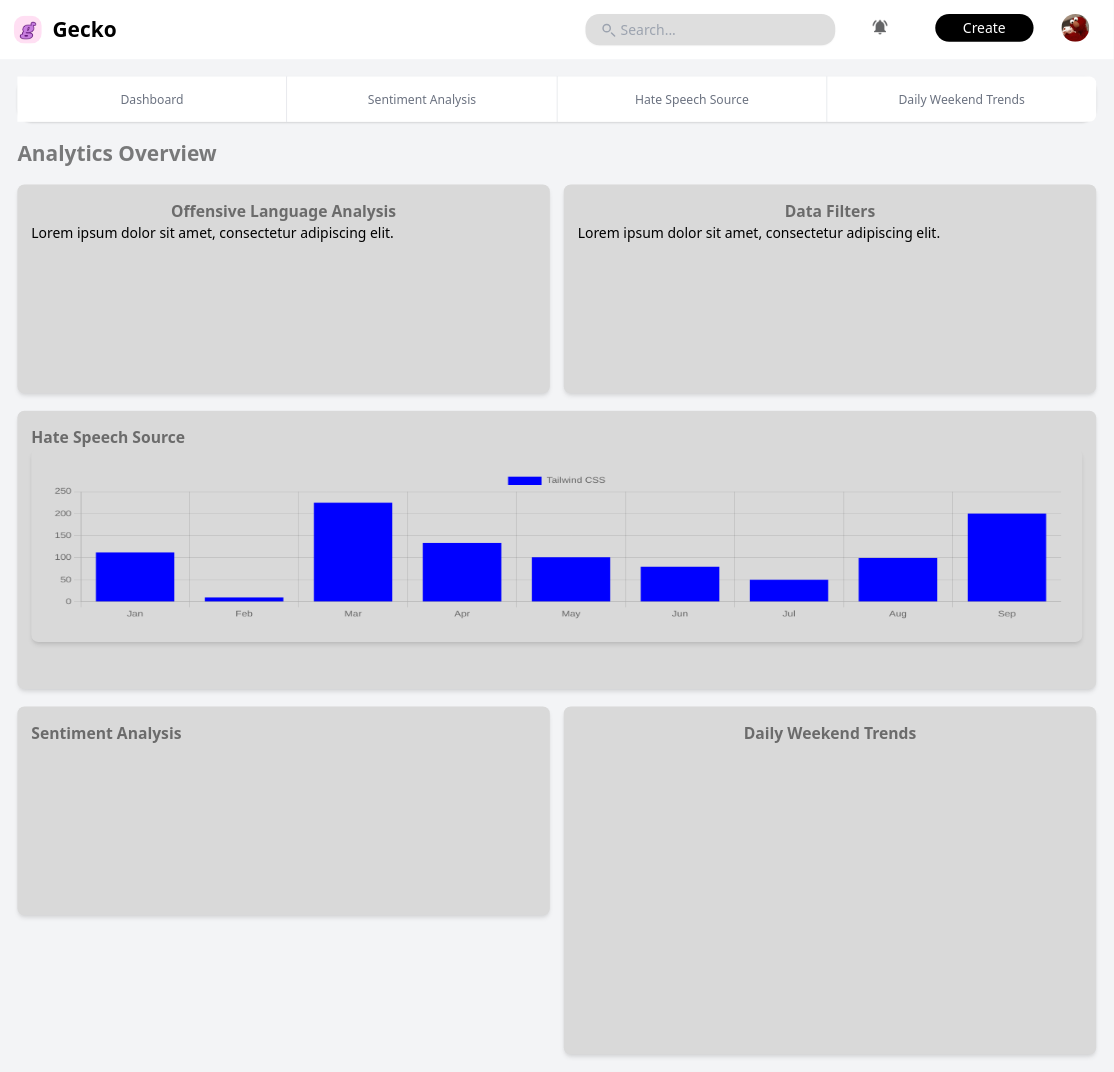
Repository: theamgri/thesis-website-nextjs
Page: website.html
An editor plug-in stored every save of this project. The page is shown before and after the next save, followed by the edit.
The browser window is 1280 px wide. The pictures show the whole page, at 87% of full size.

Above is the page before, as saved 2023-10-04 05:54:46.
Console error: ReferenceError: labels is not defined

### website.html
<!DOCTYPE html>
<html lang="en">
<head>
    <meta charset="UTF-8">
    <meta name="viewport" content="width=device-width, initial-scale=1.0">
    <title>Gecko</title>
    <link rel="icon" type="image/x-icon" href="/images/icon.png">
    <link href="https://cdn.jsdelivr.net/npm/tailwindcss@2.2.19/dist/tailwind.min.css" rel="stylesheet">


</head>
<body class="bg-gray-100">

<nav class="bg-white drop-shadow-2xl border-gray-200 dark:bg-gray-900">
    <div class="flex flex-wrap items-center justify-between mx-auto p-4">
      <a href="." class="flex items-center">
          <img src="images/icon.png" class="h-8 mr-3 rounded-xl" alt="Logo" />
          <span class="self-center text-2xl font-semibold whitespace-nowrap dark:text-white">Gecko</span>
      </a>
      <button data-collapse-toggle="navbar-default" type="button" class="inline-flex items-center p-2 w-10 h-10 justify-center text-sm text-gray-500 rounded-lg md:hidden hover:bg-gray-100 focus:outline-none focus:ring-2 focus:ring-gray-200 dark:text-gray-400 dark:hover:bg-gray-700 dark:focus:ring-gray-600" aria-controls="navbar-default" aria-expanded="false">
          <span class="sr-only">Open main menu</span>
          <svg class="w-5 h-5" aria-hidden="true" xmlns="http://www.w3.org/2000/svg" fill="none" viewBox="0 0 17 14">
              <path stroke="currentColor" stroke-linecap="round" stroke-linejoin="round" stroke-width="2" d="M1 1h15M1 7h15M1 13h15"/>
          </svg>
      </button>
      <div class="hidden w-full md:block md:w-auto drop-shadow-2xl" id="navbar-default">
        <ul class="font-medium flex flex-col p-4 md:p-0 mt-4 border border-gray-100 rounded-lg bg-gray-50 md:flex-row md:space-x-8 md:mt-0 md:border-0 md:bg-white dark:bg-gray-800 md:dark:bg-gray-900 dark:border-gray-700">
            <li>
                <div class="relative">
                    <input
                        type="text"
                        placeholder="Search..."
                        class="block w-full py-2 pl-10 pr-4 leading-5 rounded-2xl shadow-sm focus:ring focus:ring-blue-200 border-gray-300" style="background-color: #DEDEDE;"
                    />
                    <div class="absolute inset-y-0 left-0 pl-4 flex items-center pointer-events-none">
                        <svg
                            class="w-5 h-5 text-gray-400"
                            fill="none"
                            stroke="currentColor"
                            viewBox="0 0 24 24"
                            xmlns="http://www.w3.org/2000/svg"
                        >
                            <path
                                stroke-linecap="round"
                                stroke-linejoin="round"
                                stroke-width="2"
                                d="M21 21l-4.35-4.35"
                            />
                            <path
                                stroke-linecap="round"
                                stroke-linejoin="round"
                                stroke-width="2"
                                d="M15 10a5 5 0 11-10 0 5 5 0 0110 0z"
                            />
                        </svg>
                    </div>
                </div>

              </li>
            <li>
              <img src="images/bellbutton.png" class="h-8 mr-3 rounded-xl" alt="Notification Bell" />
          </li>
          <li>
            <button class="bg-black drop-shadow-2xl hover:bg-blue-700 text-white font-normal py-1 px-8 rounded-full">
              Create
            </button>
          </li>
          <li>
            <a href="your-link-here">
                <img src="images/user.jpg" class="h-8 mr-3 rounded-full" alt="Notification Bell" />
            </a>
        </li>


        </ul>
      </div>
    </div>
  </nav>
<!-- //SIDE NAVBAR -->


<div class="sm:hidden">
  <label for="tabs" class="sr-only">Select your country</label>
  <select id="tabs" class="bg-gray-50 border border-gray-300 text-gray-900 text-sm rounded-lg focus:ring-blue-500 focus:border-blue-500 block w-full p-2.5 dark:bg-gray-700 dark:border-gray-600 dark:placeholder-gray-400 dark:text-white dark:focus:ring-blue-500 dark:focus:border-blue-500">
      <option>Profile</option>
      <option>Canada</option>
      <option>France</option>
      <option>Germany</option>
  </select>
</div>
<ul class="m-5 rounded-2xl drop-shadow-xl hidden text-sm font-medium text-center text-gray-500 divide-x divide-gray-200 rounded-lg shadow sm:flex dark:divide-gray-700 dark:text-gray-400">
  <li class="w-full">
      <a href="#" class="inline-block w-full p-4 bg-white hover:text-gray-700 hover:bg-gray-50 focus:ring-4 focus:ring-blue-300 focus:outline-none dark:hover:text-white dark:bg-gray-800 dark:hover:bg-gray-700" aria-current="page">Dashboard</a>
  </li>
  <li class="w-full">
      <a href="#" class="inline-block w-full p-4 bg-white hover:text-gray-700 hover:bg-gray-50 focus:ring-4 focus:ring-blue-300 focus:outline-none dark:hover:text-white dark:bg-gray-800 dark:hover:bg-gray-700">Sentiment Analysis</a>
  </li>
  <li class="w-full">
      <a href="#" class="inline-block w-full p-4 bg-white hover:text-gray-700 hover:bg-gray-50 focus:ring-4 focus:ring-blue-300 focus:outline-none dark:hover:text-white dark:bg-gray-800 dark:hover:bg-gray-700">Hate Speech Source</a>
  </li>
  <li class="w-full">
      <a href="#" class="inline-block w-full p-4 bg-white rounded-r-lg hover:text-gray-700 hover:bg-gray-50 focus:ring-4 focus:outline-none focus:ring-blue-300 dark:hover:text-white dark:bg-gray-800 dark:hover:bg-gray-700">Daily Weekend Trends</a>
  </li>

</ul>



  <!-- <div class="mx-auto w-3/5 overflow-hidden">
    <canvas
      data-te-chart="bar"
      data-te-dataset-label="Traffic"
      data-te-labels="['Monday', 'Tuesday' , 'Wednesday' , 'Thursday' , 'Friday' , 'Saturday' , 'Sunday ']"
      data-te-dataset-data="[2112, 2343, 2545, 3423, 2365, 1985, 987]">
    </canvas>
  </div> -->

  <div class="ml-5 text-left font-bold text-2xl opacity-50">
    <h1>Analytics Overview</h1>
  </div>


  <div class="container mx-auto mt-0">
    <div class="m-5 grid grid-cols-1 md:grid-cols-2 lg:grid-cols-2 xl:grid-cols-2 gap-4">
        <!-- Container 1 -->
        <div class="bg-white p-4 rounded-lg shadow-md" style="background-color: #D9D9D9; height: 15rem;">
            <h2 class="text-lg text-center opacity-50 font-semibold" >Offensive Language Analysis</h2>
            <p>Lorem ipsum dolor sit amet, consectetur adipiscing elit.</p>
        </div>

        <!-- Container 2 -->
        <div class="bg-white p-4 rounded-lg shadow-md"  style="background-color: #D9D9D9; height: 15rem;">
            <h2 class="text-lg text-center opacity-50 font-semibold">Data Filters</h2>
            <p>Lorem ipsum dolor sit amet, consectetur adipiscing elit.</p>
        </div>
    </div>
    <div class="m-5 grid grid-cols-1 md:grid-cols-1 lg:grid-cols-1 xl:grid-cols-1 gap-4 mt-4">
      <!-- Container 3 -->
      <div class="bg-white p-4 rounded-lg shadow-md" style="background-color: #D9D9D9; height: 20rem;">
          <h2 class="text-lg opacity-50 font-semibold">Hate Speech Source</h2>

          <div class="overflow-hidden rounded-lg shadow-md" style="max-height: 100%;">
              <!-- Set max-height to ensure the chart fits within the container -->
              <canvas class="p-6" id="barChart" style="max-height: 100%;"></canvas>
          </div>
      </div>
      <script src="https://cdnjs.cloudflare.com/ajax/libs/Chart.js/3.9.1/chart.min.js"
          integrity="sha512-ElRFoEQdI5Ht6kZvyzXhYG9NqjtkmlkfYk0wr6wHxU9JEHakS7UJZNeml5ALk+8IKlU6jDgMabC3vkumRokgJA=="
          crossorigin="anonymous" referrerpolicy="no-referrer"></script>
      <script>
          const labels1 = ['Jan', 'Feb', 'Mar', 'Apr', 'May', 'Jun', 'Jul', 'Aug', 'Sep'];
          const data1 = {
              labels: labels,
              datasets: [
                  {
                      label: "Tailwind CSS",
                      backgroundColor: "blue",
                      borderColor: 'rgb(0, 0, 0)',
                      data: [112, 10, 225, 134, 101, 80, 50, 100, 200],
                      fill: false,
                  },
              ],
          };

          const configChart1 = {
              type: "bar",
              data,
              options: {
                  maintainAspectRatio: false, // Disable maintaining the aspect ratio
              },
          };

          var chartLine = new Chart(
              document.getElementById("barChart"),
              configChart
          );
      </script>
  </div>


    <div class="m-5 grid grid-cols-1 md:grid-cols-2 lg:grid-cols-2 xl:grid-cols-2 gap-4 mt-4">
    <!-- Container 4 -->
    <div class="bg-white p-4 rounded-lg shadow-md" style="background-color: #D9D9D9; height: 15rem;">
        <h2 class="text-lg tex-center opacity-50 font-semibold">Sentiment Analysis</h2>

    </div>

    <!-- Container 5 -->
    <div class="bg-white p-4 rounded-lg shadow-md" style="background-color: #D9D9D9; height: 25rem;">
        <h2 class="text-lg text-center opacity-50 font-semibold">Daily Weekend Trends</h2>

            <canvas class="p-6" id="barChart"></canvas>


    </div>
    <script src="https://cdnjs.cloudflare.com/ajax/libs/Chart.js/3.9.1/chart.min.js"
        integrity="sha512-ElRFoEQdI5Ht6kZvyzXhYG9NqjtkmlkfYk0wr6wHxU9JEHakS7UJZNeml5ALk+8IKlU6jDgMabC3vkumRokgJA=="
        crossorigin="anonymous" referrerpolicy="no-referrer"></script>
    <script>
        const labels = ['Jan', 'Feb', 'Mar', 'Apr', 'May', 'Jun', 'Jul', 'Aug', 'Sep'];
        const data = {
            labels: labels,
            datasets: [
                {
                    label: "Tailwind CSS",
                    backgroundColor: "blue",
                    borderColor: 'rgb(0, 0, 0)',
                    data: [112, 10, 225, 134, 101, 80, 50, 100, 200],
                    fill: false,
                },
            ],
        };

        const configChart = {
            type: "bar",
            data,
            options: {},
        };

        var chartLine = new Chart(
            document.getElementById("barChart"),
            configChart
        );
    </script>
</div>


<!-- Analytics Overview -->

<!-- <div class="shadow-lg rounded-lg overflow-hidden">
  <div class="py-3 px-5 bg-gray-50">Pie chart</div>
  <canvas class="p-1 ml-40 mr-40" id="chartPie"></canvas>
</div>

Required chart.js
<script src="https://cdn.jsdelivr.net/npm/chart.js"></script>

Chart pie
<script>
  const dataPie = {
    labels: ["JavaScript", "Python", "Ruby"],
    datasets: [
      {
        label: "My First Dataset",
        data: [300, 50, 100],
        backgroundColor: [
          "rgb(133, 105, 241)",
          "rgb(164, 101, 241)",
          "rgb(101, 143, 241)",
        ],
        hoverOffset: 4,
      },
    ],
  };

  const configPie = {
    type: "pie",
    data: dataPie,
    options: {},
  };

  var chartBar = new Chart(document.getElementById("chartPie"), configPie);
</script>
   -->
</body>
</html>

After the next save:
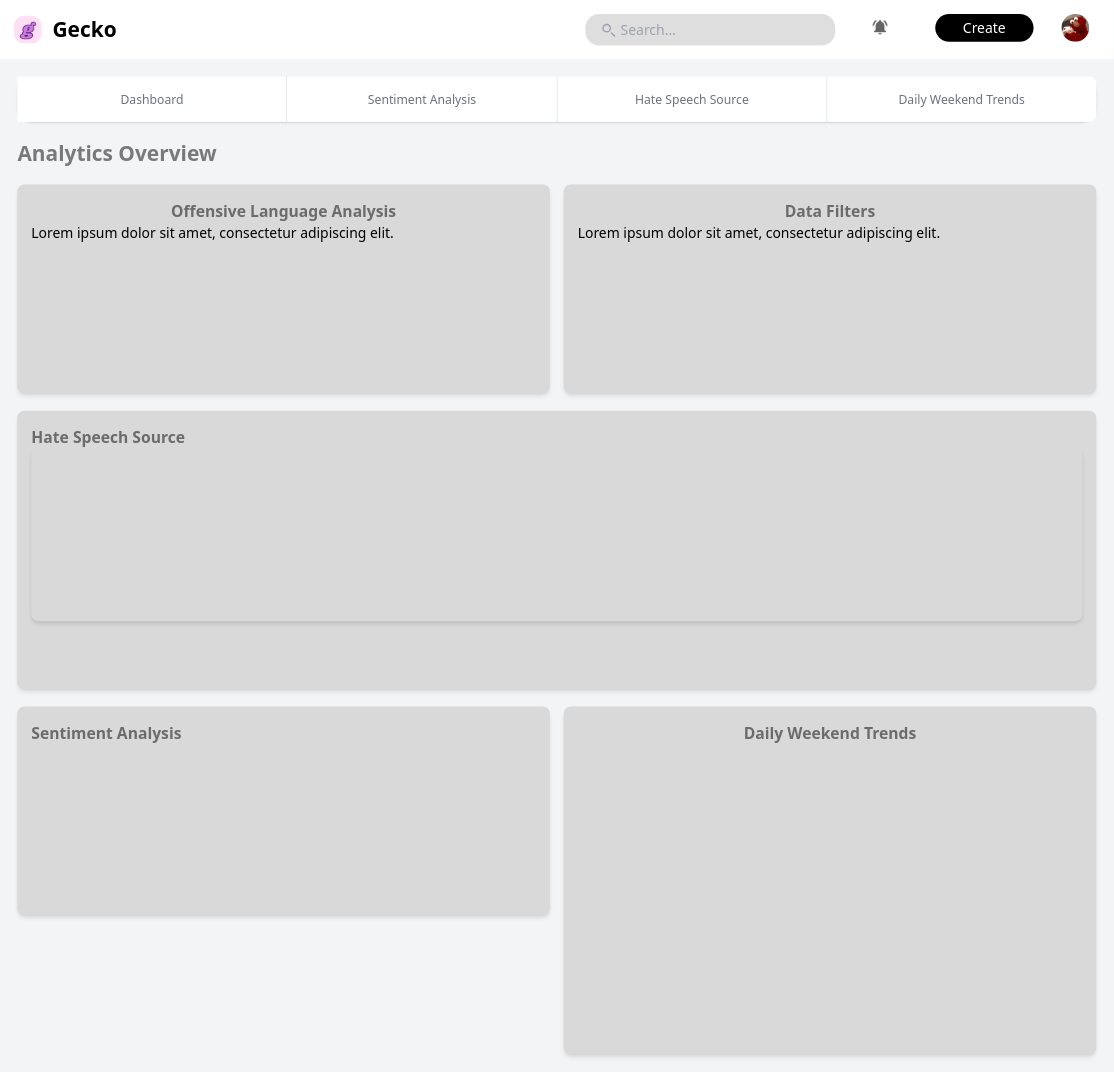
Console error: ReferenceError: configChart is not defined
Saved 22 s later.
--- a/website.html
+++ b/website.html
@@ -148,8 +148,8 @@
           integrity="sha512-ElRFoEQdI5Ht6kZvyzXhYG9NqjtkmlkfYk0wr6wHxU9JEHakS7UJZNeml5ALk+8IKlU6jDgMabC3vkumRokgJA=="
           crossorigin="anonymous" referrerpolicy="no-referrer"></script>
       <script>
-          const labels1 = ['Jan', 'Feb', 'Mar', 'Apr', 'May', 'Jun', 'Jul', 'Aug', 'Sep'];
-          const data1 = {
+          const labels = ['Jan', 'Feb', 'Mar', 'Apr', 'May', 'Jun', 'Jul', 'Aug', 'Sep'];
+          const data = {
               labels: labels,
               datasets: [
                   {
@@ -193,35 +193,8 @@
 
 
     </div>
-    <script src="https://cdnjs.cloudflare.com/ajax/libs/Chart.js/3.9.1/chart.min.js"
-        integrity="sha512-ElRFoEQdI5Ht6kZvyzXhYG9NqjtkmlkfYk0wr6wHxU9JEHakS7UJZNeml5ALk+8IKlU6jDgMabC3vkumRokgJA=="
-        crossorigin="anonymous" referrerpolicy="no-referrer"></script>
-    <script>
-        const labels = ['Jan', 'Feb', 'Mar', 'Apr', 'May', 'Jun', 'Jul', 'Aug', 'Sep'];
-        const data = {
-            labels: labels,
-            datasets: [
-                {
-                    label: "Tailwind CSS",
-                    backgroundColor: "blue",
-                    borderColor: 'rgb(0, 0, 0)',
-                    data: [112, 10, 225, 134, 101, 80, 50, 100, 200],
-                    fill: false,
-                },
-            ],
-        };
-
-        const configChart = {
-            type: "bar",
-            data,
-            options: {},
-        };
-
-        var chartLine = new Chart(
-            document.getElementById("barChart"),
-            configChart
-        );
-    </script>
+
+
 </div>
 
 

After the save that followed:
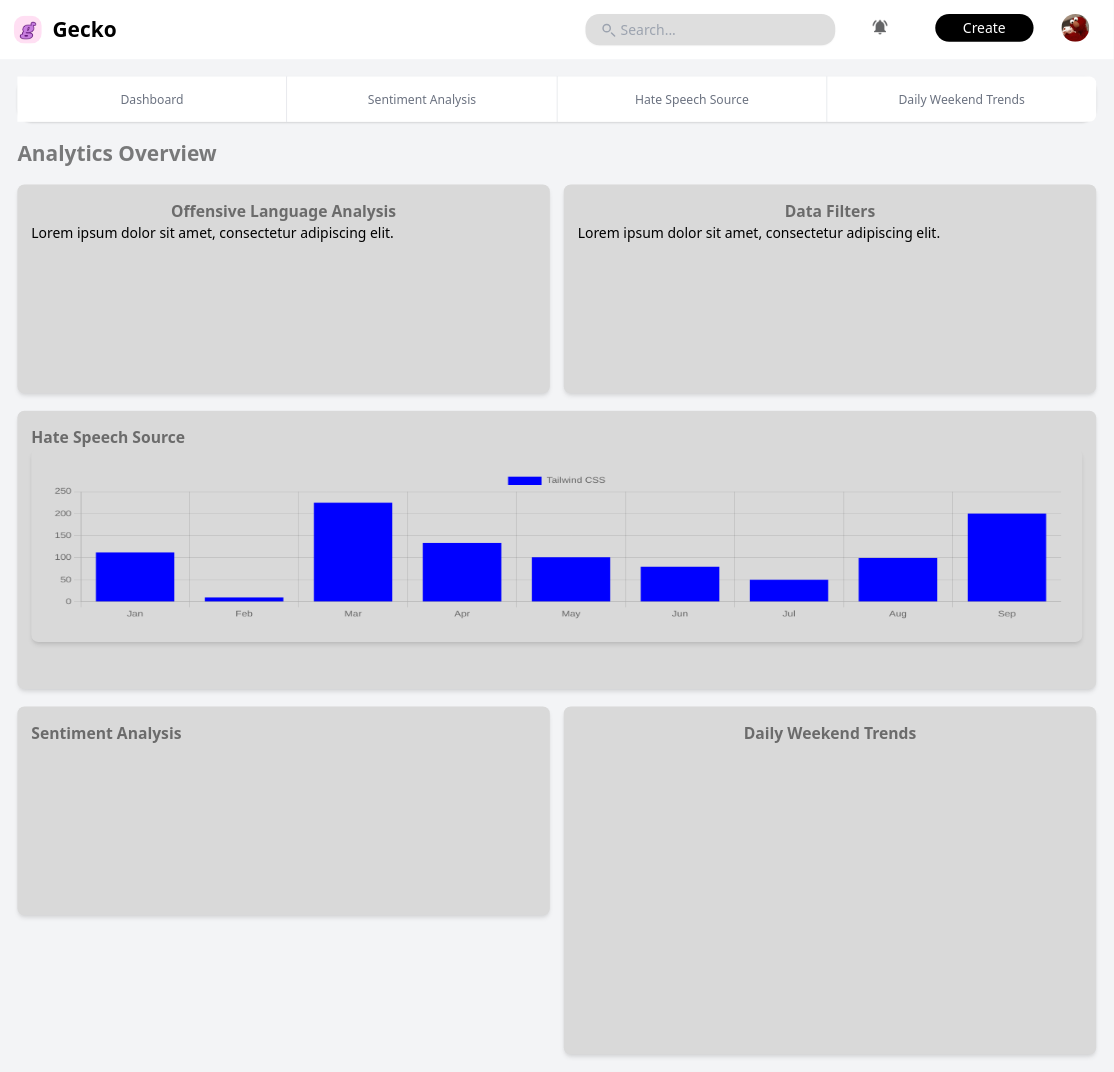
The error is gone.
Saved 26 s later.
--- a/website.html
+++ b/website.html
@@ -149,31 +149,29 @@
           crossorigin="anonymous" referrerpolicy="no-referrer"></script>
       <script>
           const labels = ['Jan', 'Feb', 'Mar', 'Apr', 'May', 'Jun', 'Jul', 'Aug', 'Sep'];
-          const data = {
-              labels: labels,
-              datasets: [
-                  {
-                      label: "Tailwind CSS",
-                      backgroundColor: "blue",
-                      borderColor: 'rgb(0, 0, 0)',
-                      data: [112, 10, 225, 134, 101, 80, 50, 100, 200],
-                      fill: false,
-                  },
-              ],
-          };
-
-          const configChart1 = {
-              type: "bar",
-              data,
-              options: {
-                  maintainAspectRatio: false, // Disable maintaining the aspect ratio
-              },
-          };
-
-          var chartLine = new Chart(
-              document.getElementById("barChart"),
-              configChart
-          );
+        const data = {
+            labels: labels,
+            datasets: [
+                {
+                    label: "Tailwind CSS",
+                    backgroundColor: "blue",
+                    borderColor: 'rgb(0, 0, 0)',
+                    data: [112, 10, 225, 134, 101, 80, 50, 100, 200],
+                    fill: false,
+                },
+            ],
+        };
+
+        const configChart = {
+            type: "bar",
+            data,
+            options: {},
+        };
+
+        var chartLine = new Chart(
+            document.getElementById("barChart"),
+            configChart
+        );
       </script>
   </div>
 
@@ -193,7 +191,6 @@
 
 
     </div>
-
 
 </div>
 
